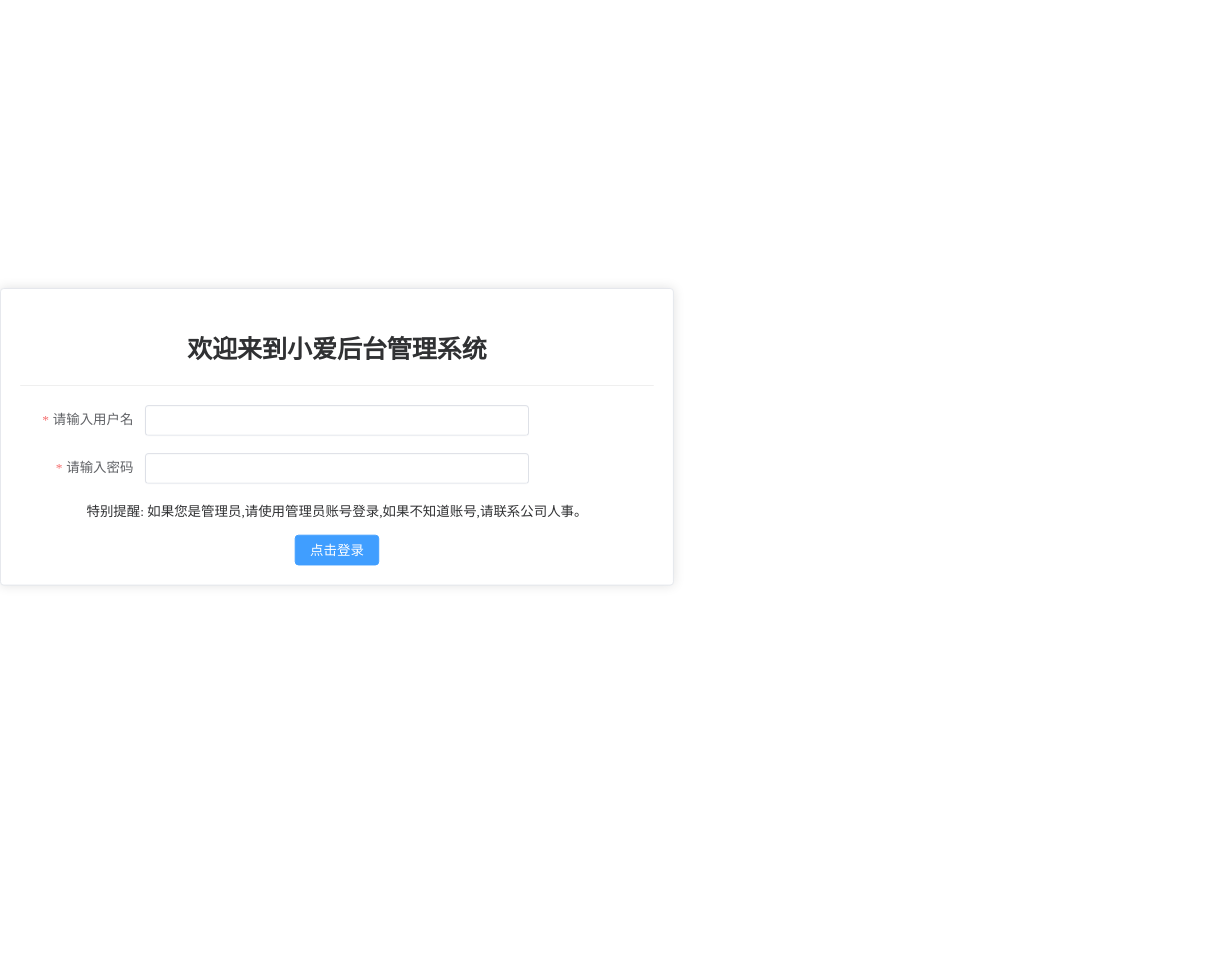
Repository: xinwuhao/CCG
Page: /login
An editor plug-in stored every save of this project. The page is shown before and after a run of saves, followed by the edit.
The browser window is 1280 px wide. The pictures show the whole page, at 96% of full size.
The project was rebuilt for these pictures with package versions that can differ from the ones it lists, and the page was loaded fresh each time. Also part of the build but not shown: vite.config.ts, src/components/navHeader/NavHeader.vue, src/components/navLeft/NavLeft.vue, src/views/layout/Layout.vue.

Above is the page before, as saved 2021-09-22 11:56:14.

### src/main.ts
import { createApp } from 'vue'
import App from "./App.vue";
import router from "./router"
import ElementPlus from 'element-plus'
import 'element-plus/dist/index.css'
import * as Icons from '@element-plus/icons'
import { toLine } from './utils/index'

const app = createApp(App)

for (let i in Icons) {
    app.component(`el-icon${toLine(i)}`, (Icons as any)[i])
}

app.use(router)
app.use(ElementPlus)
app.mount('#app')

### src/App.vue
<template>
  <div>
    <router-view></router-view>
  </div>
</template>

<script setup lang="ts">
</script>

<style lang='scss'>
@import "./scssbox.scss";
</style>

### src/router/index.ts
import { createRouter, createWebHistory, RouteRecordRaw } from 'vue-router'
// import Home from '../views/homepage/homepage.vue'
import Layout from '../views/layout/Layout.vue'

const routes: Array<RouteRecordRaw> = [
  {
    path: '/login',
    name: 'Logon',
    component: () => import('../views/login/Login.vue'),
    meta: {
      title: '登录'
    }
  },
  {
    path: '/',
    component: Layout,
    // 子路由: children
    children: [
      {
        path: '/',
        name: '/',
        component: () => import('../views/homepage/homepage.vue'),
        meta: {
          title: '首页',
          meta: '/homepage'
        }
      },
      {
        path: '/discount',
        name: 'discount',
        component: () => import('../views/discount/discount.vue'),
        meta: {
          title: '优惠券管理',
          meta: '/discount'
        }
      },
      {
        path: '/navigation',
        name: 'navigation',
        component: () => import('../views/navigation/navigation.vue'),
        meta: {
          title: '推荐导航',
          meta: '/navigation'
        }
      },
      {
        path: '/user',
        name: 'user',
        component: () => import('../views/user/user.vue'),
        meta: {
          title: '用户管理',
          meta: '/user'
        }
      },
      {
        path: '/addgoods',
        name: 'addgoods',
        component: () => import('../views/goods/addgoods.vue'),
        meta: {
          title: '添加商品',
          meta: '/addgoods'
        }
      },
      {
        path: '/sortgoods',
        name: 'sortgoods',
        component: () => import('../views/goods/sortgoods.vue'),
        meta: {
          title: '商品分类',
          meta: '/sortgoods'
        }
      },
      {
        path: '/modelgoods',
        name: 'modelgoods',
        component: () => import('../views/goods/modelgoods.vue'),
        meta: {
          title: '商品模型',
          meta: '/modelgoods'
        }
      },
      {
        path: '/specsgoods',
        name: 'specsgoods',
        component: () => import('../views/goods/specsgoods.vue'),
        meta: {
          title: '商品规格',
          meta: '/specsgoods'
        }
      },
      {
        path: '/parametergoods',
        name: 'parametergoods',
        component: () => import('../views/goods/parametergoods.vue'),
        meta: {
          title: '商品参数',
          meta: '/parametergoods'
        }
      },
      {
        path: '/specifications',
        name: 'specifications',
        component: () => import('../views/goods/specifications.vue'),
        meta: {
          title: '规格参数',
          meta: '/specifications'
        }
      },
      {
        path: '/seckill',
        name: 'seckill',
        component: () => import('../views/seckill/seckill.vue'),
        meta: {
          title: '秒杀管理',
          meta: '/seckill'
        }
      },
      {
        path: '/order',
        name: 'order',
        component: () => import('../views/order/order.vue'),
        meta: {
          title: '订单管理',
          meta: '/order'
        }
      },
      {
        path: '/notice',
        name: 'notice',
        component: () => import('../views/notice/notice.vue'),
        meta: {
          title: '通知管理',
          meta: '/notice'
        }
      },
      {
        path: '/news',
        name: 'news',
        component: () => import('../views/news/news.vue'),
        meta: {
          title: '客服消息',
          meta: '/news'
        }
      },
    ]
  }
]

const router = createRouter({
  history: createWebHistory(),
  routes
})

router.beforeEach((to, from, next) => {
  document.title = to.meta.title as string
  next()
})

export default router

### src/utils/index.ts
export const toLine = (str: string) => {
  return str.replace(/([A-Z])/g, "-$1").toLowerCase()
}

### src/scssbox.scss
* {
    margin: 0;
    padding: 0;
}

html,
body,
#app,
.el-container,
.el-menu {
    height: 100%;
}

### src/views/login/login.vue
<template>
  <div class="box">
    <el-card class="box-card">
      <div class="text item">
        <div class="fontTile">欢迎来到小爱后台管理系统</div>
        <!-- 表单 -->
        <div class="urename">
          <el-form
            :model="user"
            :rules="rules"
            ref="ruleForm"
            label-width="130px"
            class="demo-ruleForm"
          >
            <el-form-item label="请输入用户名" prop="username">
              <el-input v-model="user.username" class="inpud"></el-input>
            </el-form-item>
            <el-form-item label="请输入密码" prop="password">
              <el-input v-model="user.password" class="inpud"></el-input>
            </el-form-item>
          </el-form>
        </div>
        <!-- 登录按钮 -->
        <div class="fonts">
          特别提醒:
          如果您是管理员,请使用管理员账号登录,如果不知道账号,请联系公司人事。
        </div>
        <div class="buttop">
          <el-button type="primary" @click="getlong">点击登录</el-button>
        </div>
      </div>
    </el-card>
  </div>
</template>

<script setup lang="ts">
import { defineComponent, ref } from "vue";
import api from "../../http/aip";
import { ElMessage } from "element-plus";
import { useRoute, useRouter } from "vue-router";
interface Obj {
  username: string;
  password: string;
}

// 定义变量
let user = ref<Obj>({
  username: "",
  password: "",
});
let router = useRouter();

let rules = ref<any>({
  username: [
    { required: true, message: "请输入用户名", trigger: "blur" },
    { min: 3, max: 5, message: "长度在 3 到 5 个字符", trigger: "blur" },
  ],
  password: [
    { required: true, message: "请输入密码", trigger: "blur" },
    { min: 3, max: 8, message: "长度在 3 到 8 个字符", trigger: "blur" },
  ],
});
// 点击确定
let getlong = () => {
  api
    .login({
      // 用户名
      username: user.value.username,
      // 密码
      password: user.value.password,
    })
    .then((res: any) => {
      if (res.code === 200) {
        localStorage.setItem("token", res.token);
        localStorage.setItem("uname", JSON.stringify(res.data));
        router.push("/");
        ElMessage.success({
          message: res.msg,
          type: "success",
        });
      } else {
        ElMessage.error(res.msg);
      }
    })
    .catch((err: any) => {
      console.log(err);
    });
};
</script>

<style scoped>
.text {
  font-size: 14px;
}

.box-card {
  width: 700px;
  margin-top: 300px;
}
.fontTile {
  height: 80px;
  font-size: 26px;
  font-weight: bold;
  display: flex;
  align-items: center;
  justify-content: center;
  border-bottom: 1px #eeeeee solid;
}
.inpud {
  width: 400px;
}
.buttop {
  margin-top: 15px;
  display: flex;
  align-items: center;
  justify-content: center;
}
.fonts {
  font-size: 14px;
  display: flex;
  align-items: center;
  justify-content: center;
}
.urename {
  display: flex;
  flex-direction: column;
  margin-top: 20px;
}
</style>

### src/http/aip.ts
import http from "./"

export default {
  // 上传图片
  upload() {
    return http.post('/admin/upload')
  },
  // 获取首页数据
  getIndex() {
    return http.get('/admin/index')
  },
  // 用户名登录
  login({ username, password }: { username: string, password: string }) {
    return http.post('/admin/login', {
      // 用户名
      username,
      // 密码
      password,
    })
  },
  // 获取用户
  getUser({ current, pageSize, query }: { current: number, pageSize: number, query: string }) {
    return http.get(`/admin/allUser?current=${current}&pageSize=${pageSize}&query=${query}`)
  },
  // 添加用户
  addUser({ username, avatar, email, mobile, password, status }: { username: string, password: string, avatar: string, email: string, mobile: string, status: boolean }) {
    return http.post('/admin/addUser', {
      // 用户名
      username,
      // 用户头像
      avatar,
      // 用户邮箱
      email,
      // 用户电话
      mobile,
      // 是否禁用
      status,
      // 用户密码
      password
    })
  },
  // 删除用户
  delUser(id: string) {
    return http.post('/admin/delUser', {
      // 用户id
      id
    })
  },
  // 显示轮播图
  showUser({ id, status }: { id: string, status: boolean }) {
    return http.post('/admin/showUser', {
      // 轮播图id
      id,
      // 是否禁用
      status
    })
  },
  // 修改轮播图
  updateUser({ id, username, avatar, email, mobile, status }: { id: string, username: string, avatar: string, email: string, mobile: string, status: boolean }) {
    return http.post('/admin/updateUser', {
      id,
      username,
      avatar,
      email,
      mobile,
      status
    })
  },

  // 获取轮播图
  getBanner({ current, pageSize, query }: { current: number, pageSize: number, query: string }) {
    return http.get(`/admin/getBanner?current=${current}&pageSize=${pageSize}&query=${query}`)
  },
  // 新增轮播图
  addBanner({ url, title, link }: { url: string, title: string, link: string }) {
    return http.post('/admin/addBanner', {
      url,
      title,
      link
    })
  },
  // 删除轮播图
  delBanner(id: string) {
    return http.post('/admin/delBanner', {
      id
    })
  },
  // 显示轮播图
  showBanner({ id, isShow }: { id: string, isShow: boolean }) {
    return http.post('/admin/showBanner', {
      id,
      isShow
    })
  },
  // 修改轮播图
  updateBanner({ id, url, title, link }: { id: string, url: string, title: string, link: string }) {
    return http.post('/admin/updateBanner', {
      id,
      url,
      title,
      link
    })
  },
  // 获取通知
  getNotice({ current, pageSize, query }: { current: number, pageSize: number, query: string }) {
    return http.get(`/admin/getNotice?current=${current}&pageSize=${pageSize}&query=${query}`)
  },
  // 新增通知
  addNotice({ content }: { content: string}) {
    return http.post('/admin/addNotice', {
      content
    })
  },
  // 删除通知
  delNotice(id: string) {
    return http.post('/admin/delNotice', {
      id
    })
  },
  // 显示通知
  showNotice({ id, isShow }: { id: string, isShow: boolean }) {
    return http.post('/admin/showNotice', {
      id,
      isShow
    })
  },
  // 修改通知
  updateNotice({ id, content }: { id: string, content: string, }) {
    return http.post('/admin/updateNotice', {
      id,
      content
    })
  },
  // 获取订单
  getOrder() {
    return http.get(`/admin/getOrder`)
  },

  // 获取导航
  getNav({ current, pageSize, query }: { current: number, pageSize: number, query: string }) {
    return http.get(`/admin/getNav?current=${current}&pageSize=${pageSize}&query=${query}`)
  },
  // 新增导航
  addNav({ title, url }: { title: string, url: string }) {
    return http.post('/admin/addNav', {
      title,
      url
    })
  },
  // 删除导航
  delNav(id: string) {
    return http.post('/admin/delNav', {
      id
    })
  },
  // 显示导航
  showNav({ id, isShow }: { id: string, isShow: boolean }) {
    return http.post('/admin/showNav', {
      id,
      isShow
    })
  },
  // 修改导航
  updateNav({ id, url, title }: { id: string, url: string, title: string }) {
    return http.post('/admin/updateNav', {
      id,
      url,
      title
    })
  },


  // 获取导航
  getRecommendNav({ current, pageSize, query }: { current: number, pageSize: number, query: string }) {
    return http.get(`/admin/getIndexNav?current=${current}&pageSize=${pageSize}&query=${query}`)
  },
  // 新增导航
  addRecommendNav({ name, desc, goods }: { name: string, desc: string, goods: any }) {
    return http.post('/admin/addIndexNav', {
      name,
      desc,
      goods
    })
  },
  // 删除导航
  delRecommendNav(id: string) {
    return http.post('/admin/delIndexNav', {
      id
    })
  },
  // 显示导航
  showRecommendNav({ id, isShow }: { id: string, isShow: boolean }) {
    return http.post('/admin/showIndexNav', {
      id,
      isShow
    })
  },
  // 修改导航
  updateRecommendNav({ id, name, desc, goods }: { id: string, name: string, desc: string, goods: any }) {
    return http.post('/admin/updateIndexNav', {
      id,
      name,
      desc,
      goods
    })
  },

  // 添加商品模型
  addModel({ name }: { name: string }) {
    return http.post('/admin/addModel', {
      name
    })
  },
  getModel({ current, pageSize, query }: { current: number, pageSize: number, query: string }) {
    return http.get(`/admin/getModel?current=${current}&pageSize=${pageSize}&query=${query}`)
  },
  delModel(id: string) {
    return http.post('/admin/delModel', {
      id
    })
  },
  // 修改商品参数
  updateModel({ id, name }: { id: string, name: string }) {
    return http.post('/admin/updateModel', {
      id,
      name
    })
  },
  // 获取商品规格
  getSpec({ parentId }: { parentId: string }) {
    return http.post(`/admin/getSpec`, {
      parentId
    })
  },
  addSpec({ name, model, spec_item, mode, parentId }: { name: string, model: string, spec_item: string[], mode: string, parentId: string }) {
    return http.post('/admin/addSpec', {
      name,
      model,
      spec_item,
      mode,
      parentId
    })
  },
  delSpec({ parentId, attrId }: { parentId: string, attrId: string }) {
    return http.post(`/admin/delSpec`, {
      parentId,
      attrId
    })
  },
  getCategory(query: string) {
    return http.get(`/admin/getCategory?current=1&pageSize=10000&query=${query}`)
  },
  // 添加一级分类
  addCategory({ name, short_name, isShow }: { name: string, short_name?: string, isShow?: boolean }) {
    return http.post('/admin/addCategory', {
      name,
      short_name,
      isShow,
    })
  },
  // 添加二级分类
  addSecondCategory({ name, parentId, isShow }: { name: string, parentId: string, isShow: string }) {
    return http.post('/admin/addSecondCategory', {
      name,
      parentId,
      isShow
    })
  },
  // 获取商品
  getGoods({ current, pageSize, query }: { current: number, pageSize: number, query: string }) {
    return http.get(`/admin/getGoods?current=${current}&pageSize=${pageSize}&query=${query}`)
  },
  delGoods(id: string) {
    return http.post('/admin/delGoods', {
      id
    })
  },
  // 添加商品
  addGoods({ name, category, pic, video, cover, originalPrice, presentPrice, discount, detail, spec, introduction, company, stock, isNewGood, isHot, isRecommend, comment, isShow, sellDesc, productionDesc }:
    { name: string, category: string, pic?: string[], video?: string[], cover: string, originalPrice: string, presentPrice: string, discount: string[], detail: string, spec: string[], introduction: string, company: string, stock: string, isNewGood: boolean, isHot: boolean, isRecommend: boolean, comment: string[], isShow: boolean, sellDesc: string[], productionDesc: string[] }) {
    return http.post('/admin/addGoods', {
      // 商品名称
      name,
      // 商品分类
      category,
      // 商品图片
      pic,
      // 商品视频
      video,
      // 是否新品
      isHot,
      // 是否推荐
      isRecommend,
      // 封面图
      cover,
      // 原价
      originalPrice,
      // 现价
      presentPrice,
      // 优惠
      discount,
      // 商品详情
      detail,
      // 商品规格
      spec,
      // 商品简介
      introduction,
      // 商品单位
      company,
      // 商品库存
      stock,
      // 是否新品
      isNewGood,
      // 商品评价
      comment,
      // 是否显示
      isShow,
      // 推荐介绍
      sellDesc,
      // 产品介绍
      productionDesc
    })
  },
  // 获取
  getParams({ parentId }: { parentId: string }) {
    return http.post(`/admin/getParams`, {
      parentId
    })
  },
  // 新增商品参数
  addParams({ parentId, url, name, desc }: { parentId: string, url: string, name: string, desc: string }) {
    return http.post('/admin/addParams', {
      parentId,
      url,
      name,
      desc
    })
  },
  // 删除商品参数
  delParams({ parentId, attrId }: { parentId: string, attrId: string }) {
    return http.post('/admin/delParams', {
      parentId,
      attrId,
    })
  },
  // 修改商品参数
  updateParams({ id, url, name, desc }: { id: string, url: string, name: string, desc: string }) {
    return http.post('/admin/updateParams', {
      id,
      url,
      name,
      desc
    })
  },
  // 获取
  getSpecParams({ parentId }: { parentId: string }) {
    return http.post(`/admin/getSpecParams`, {
      parentId
    })
  },
  // 新增商品参数
  addSpecParams({ parentId, specParams }: { parentId: string, specParams: string, }) {
    return http.post('/admin/addSpecParams', {
      parentId,
      specParams
    })
  },
  // 删除商品参数
  delSpecParams({ parentId, attrId }: { parentId: string, attrId: string }) {
    return http.post('/admin/delSpecParams', {
      parentId,
      attrId,
    })
  },
  // 修改商品参数
  updateSpecParams({ id, specParams }: { id: string, specParams: string }) {
    return http.post('/admin/updateSpecParams', {
      id,
      specParams
    })
  },

  // 获取秒杀
  getSeckill({ current, pageSize, query }: { current: number, pageSize: number, query: string }) {
    return http.get(`/admin/getSeckill?current=${current}&pageSize=${pageSize}&query=${query}`)
  },
  // 添加秒杀
  addSeckill({ start_time, end_time, goods_number, price, goods, isShow }: { price: string, start_time: string, end_time: string, goods_number: string, goods: any, isShow: boolean }) {
    return http.post('/admin/addSeckill', {
      start_time,
      end_time,
      goods_number,
      goods,
      isShow,
      price
    })
  },
  // 删除秒杀
  delSeckill({id, goodsId}: {id: string,  goodsId: string}) {
    return http.post('/admin/delSeckill', {
      id,
      goodsId,
    })
  },
  // 显示秒杀
  showSeckill({ id, isShow }: { id: string, isShow: boolean }) {
    return http.post('/admin/showSeckill', {
      id,
      isShow
    })
  },
  // 修改秒杀
  updateSeckill({ start_time, end_time, goods_number, goods, isShow }: { start_time: string, end_time: string, goods_number: string, goods: string, isShow: boolean }) {
    return http.post('/admin/updateSeckill', {
      // 开始时间
      start_time,
      // 结束时间
      end_time,
      // 秒杀数量
      goods_number,
      // 秒杀商品
      goods,
      // 是否显示
      isShow
    })
  },
  // 获取优惠券
  getCoupon({ current, pageSize, query }: { current: number, pageSize: number, query: string }) {
    return http.get(`/admin/getCoupon?current=${current}&pageSize=${pageSize}&query=${query}`)
  },
  addCoupon({ name, amount, threshold, start_time, end_time, number, isShow }: { name: string, amount: string, threshold: string, start_time: string, end_time: string, number: string, isShow: boolean }) {
    return http.post('/admin/addCoupon', {
      // 优惠券名称
      name,
      // 优惠券数量
      amount,
      // 优惠内容
      threshold,
      // 开始时间
      start_time,
      // 结束时间
      end_time,
      // 优惠券数量
      number,
      // 是否显示
      isShow
    })
  },
  delCoupon(id: string) {
    return http.post('/admin/delCoupon', {
      id
    })
  },
  showCoupon({ id, isShow }: { id: string, isShow: boolean }) {
    return http.post('/admin/showCoupon', {
      id,
      isShow
    })
  },
  updateCoupon({ start_time, end_time, goods_number, goods, isShow }: { start_time: string, end_time: string, goods_number: string, goods: string, isShow: boolean }) {
    return http.post('/admin/updateCoupon', {
      start_time,
      end_time,
      goods_number,
      goods,
      isShow
    })
  },
}

### src/http/index.ts
import axios, { AxiosError, AxiosRequestConfig, AxiosResponse } from 'axios'


const http = axios.create({
   baseURL: 'http://localhost:1001',
   timeout: 10000
})


http.interceptors.request.use((config: AxiosRequestConfig) => {
   let token = localStorage.getItem('token')
   if (token) {
      config.headers['Authorization'] = token
   }
   return config
}, (err: AxiosError) => {
   return Promise.reject(err)
})


http.interceptors.response.use((res: any) => {
   return res.data
}, (err: AxiosError) => {
   let status: number = err.response! && err.response!.status
   if (status === 401) {

   }
   if (status === 400) {

   }
   if (status === 403) {

   }
   if (status === 404) {

   }
   if (status === 500) {

   }
   if (status === 503) {

   }
   return Promise.reject(err)
})


export default http

Loaded but not shown: index.html (common file)

After the next 8 saves:
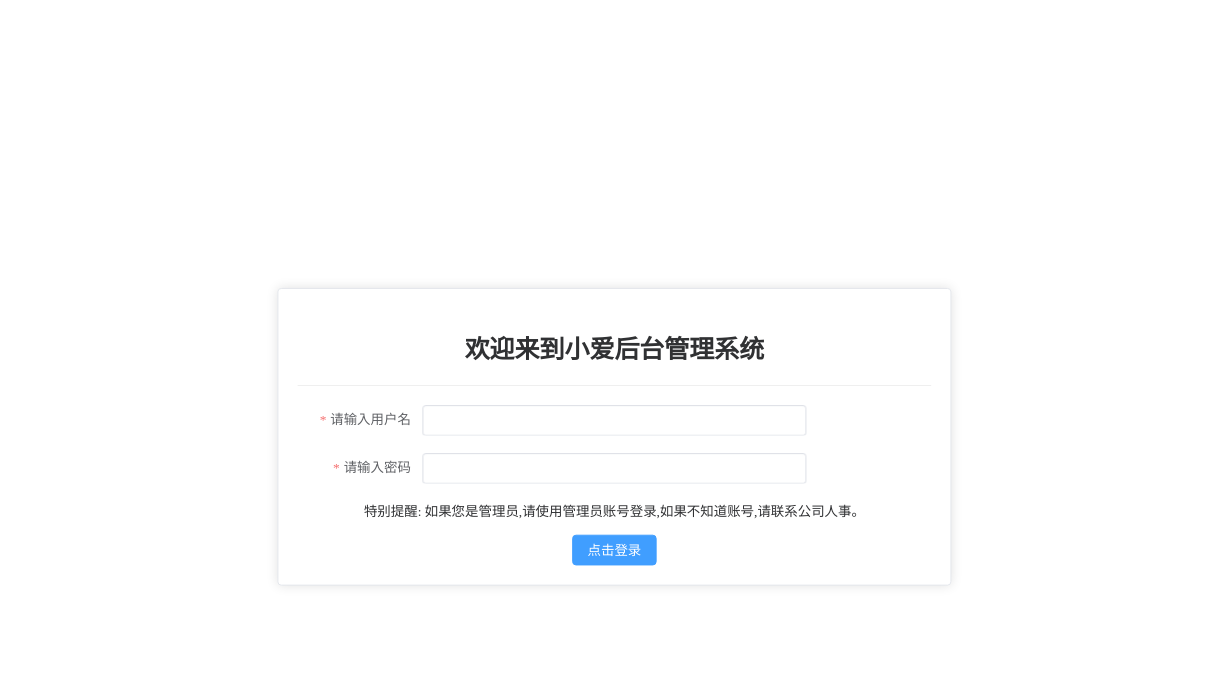
The 8 saves are shown as one change because 1 did not build or start and some came seconds apart.
The last was saved 23 s later.
--- a/src/views/login/login.vue
+++ b/src/views/login/login.vue
@@ -89,6 +89,11 @@ let getlong = () => {
 </script>
 
 <style scoped>
+.box {
+  display: flex;
+  justify-content: center;
+  align-content: center;
+}
 .text {
   font-size: 14px;
 }
